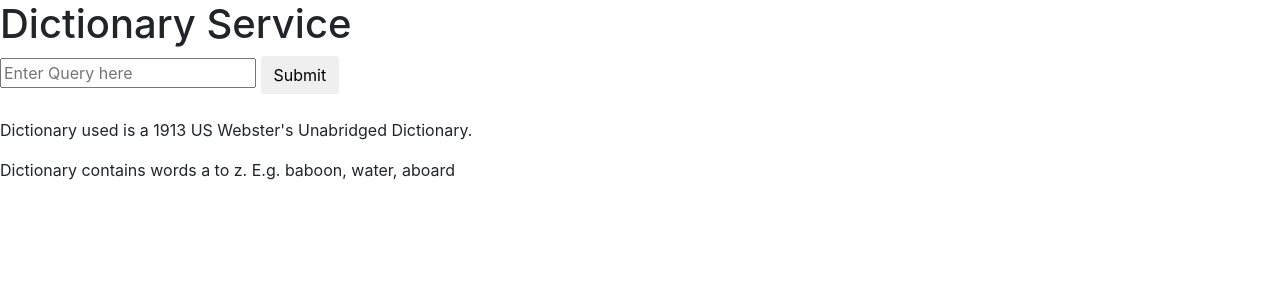
Repository: IanBurke1/AsyncRMI_DictionaryService
Page: http://localhost/AsyncRMI_DictionaryService/index.jsp
An editor plug-in stored every save of this project. The page is shown before and after the next save, followed by the edit.
The browser window is 1280 px wide. The pictures show the whole page.
The page is served by Tomcat 9. Nobody is signed in. The application's start-up code is not run. Other server files are loaded and not shown.

Above is the page before, as saved 2017-12-22 22:55:50.

### AsyncRMI_DictionaryService/WebContent/index.jsp
<%@ page language="java" contentType="text/html; charset=ISO-8859-1"
    pageEncoding="ISO-8859-1"%>
<!DOCTYPE html PUBLIC "-//W3C//DTD HTML 4.01 Transitional//EN" "http://www.w3.org/TR/html4/loose.dtd">
<html>
<head>
<meta http-equiv="Content-Type" content="text/html; charset=ISO-8859-1">
<title>Dictionary LookUp</title>
<!-- Bootstrap CSS -->
<link rel="stylesheet" href="https://maxcdn.bootstrapcdn.com/bootstrap/4.0.0-beta.2/css/bootstrap.min.css" integrity="sha384-PsH8R72JQ3SOdhVi3uxftmaW6Vc51MKb0q5P2rRUpPvrszuE4W1povHYgTpBfshb" crossorigin="anonymous">
</head>
<body>
<h1>Dictionary Service</h1>
<form action="DictionaryServlet" method="post">

    <input name="query" placeholder="Enter Query here">
  <button type="submit" class="btn btn-default">Submit</button>
</form>
<br/>
<p>Dictionary used is a 1913 US Webster's Unabridged Dictionary. </p>
<p> Dictionary contains words a to z. E.g. baboon, water, aboard</p>

<br/>
<!--
<h1>Delete Word</h1>
<form action="DictionaryServlet" method="post">

    <input name="delete" placeholder="Enter word here">
  <button type="submit" class="btn btn-default">Submit</button>
</form>
-->
</body>
</html>

After the next save:
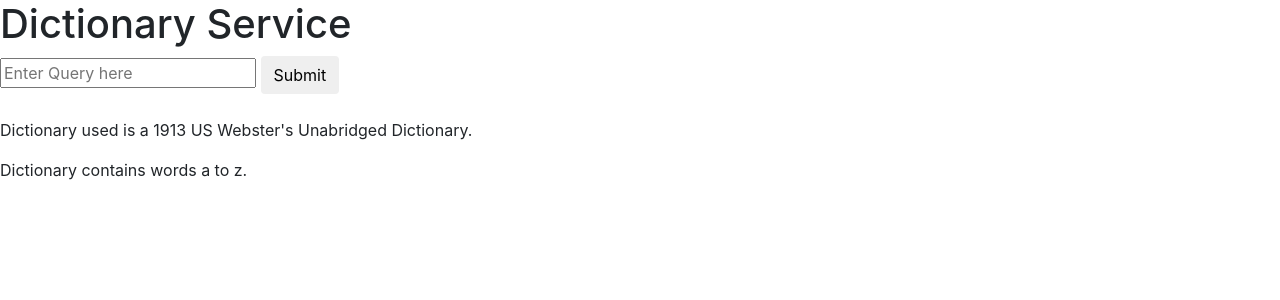
Saved 89 s later.
--- a/AsyncRMI_DictionaryService/WebContent/index.jsp
+++ b/AsyncRMI_DictionaryService/WebContent/index.jsp
@@ -17,7 +17,7 @@
 </form>
 <br/>
 <p>Dictionary used is a 1913 US Webster's Unabridged Dictionary. </p>
-<p> Dictionary contains words a to z. E.g. baboon, water, aboard</p>
+<p> Dictionary contains words a to z.</p>
 
 <br/>
 <!--
